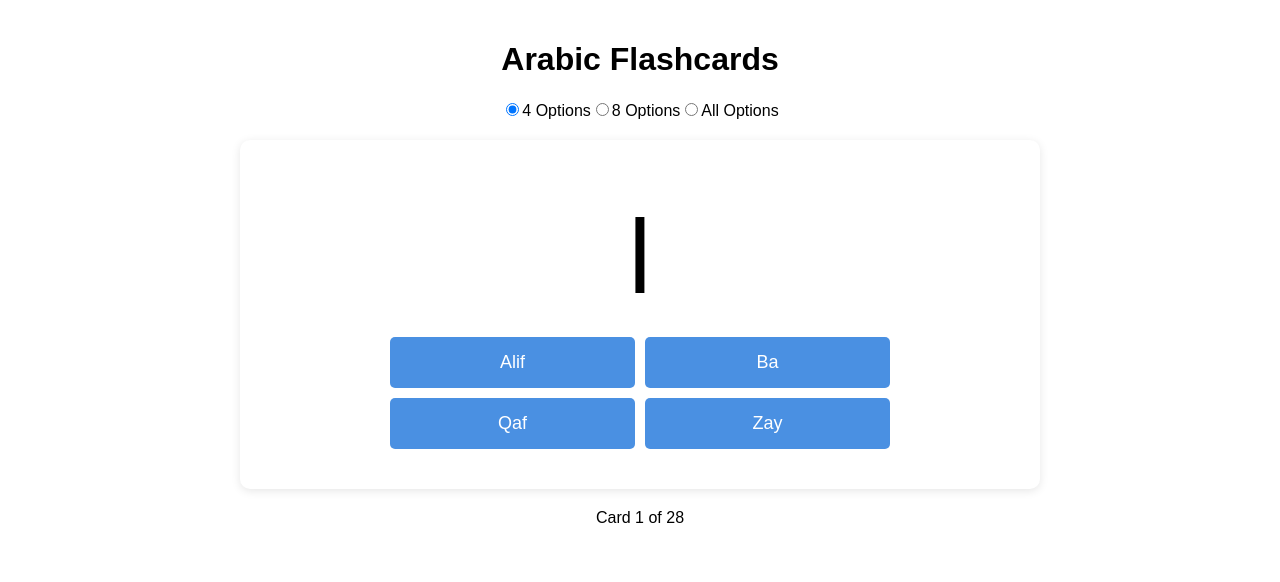
Repository: foolishimp/arabic-flashcards
Page: /
These files come from the project's save history. The page is drawn as it stood at one moment and after the next save; the edit follows.
The browser window is 1280 px wide. The pictures show the whole page.
The project was rebuilt for these pictures with package versions that can differ from the ones it lists, and the page was loaded fresh each time.

Above is the page before, as saved 2024-11-22 23:53:30.

### src/App.js
import React, { useState } from "react";
import "./App.css";

const letters = [
  { arabic: "ا", name: "Alif", sound: "aa" },
  { arabic: "ب", name: "Ba", sound: "b" },
  { arabic: "ت", name: "Ta", sound: "t" },
  { arabic: "ث", name: "Tha", sound: "th" },
  { arabic: "ج", name: "Jeem", sound: "j" },
  { arabic: "ح", name: "Ha", sound: "ḥ" },
  { arabic: "خ", name: "Kha", sound: "kh" },
  { arabic: "د", name: "Dal", sound: "d" },
  { arabic: "ذ", name: "Dhal", sound: "dh" },
  { arabic: "ر", name: "Ra", sound: "r" },
  { arabic: "ز", name: "Zay", sound: "z" },
  { arabic: "س", name: "Seen", sound: "s" },
  { arabic: "ش", name: "Sheen", sound: "sh" },
  { arabic: "ص", name: "Saad", sound: "ṣ" },
  { arabic: "ض", name: "Daad", sound: "ḍ" },
  { arabic: "ط", name: "Taa", sound: "ṭ" },
  { arabic: "ظ", name: "Zaa", sound: "ẓ" },
  { arabic: "ع", name: "Ayn", sound: "ʿ" },
  { arabic: "غ", name: "Ghayn", sound: "gh" },
  { arabic: "ف", name: "Fa", sound: "f" },
  { arabic: "ق", name: "Qaf", sound: "q" },
  { arabic: "ك", name: "Kaf", sound: "k" },
  { arabic: "ل", name: "Lam", sound: "l" },
  { arabic: "م", name: "Meem", sound: "m" },
  { arabic: "ن", name: "Noon", sound: "n" },
  { arabic: "ه", name: "Ha", sound: "h" },
  { arabic: "و", name: "Waw", sound: "w/oo" },
  { arabic: "ي", name: "Ya", sound: "y/ee" },
];

function App() {
  const [currentCardIndex, setCurrentCardIndex] = useState(0);
  const [score, setScore] = useState(0);
  const [showResult, setShowResult] = useState(false);
  const [selectedOption, setSelectedOption] = useState(null);
  const [optionsCount, setOptionsCount] = useState(4);
  const [currentOptions, setCurrentOptions] = useState(getRandomOptions(letters[0].name, 4));

  function getRandomOptions(correctAnswer, count) {
    const options = new Set([correctAnswer]);

    // If count is -1, show all options
    if (count === -1) {
      return letters.map(letter => letter.name);
    }

    while (options.size < count) {
      const randomLetter = letters[Math.floor(Math.random() * letters.length)].name;
      options.add(randomLetter);
    }
    return Array.from(options).sort();
  }

  const handleOptionClick = (option) => {
    if (selectedOption !== null) return;

    setSelectedOption(option);

    if (option === letters[currentCardIndex].name) {
      setScore(score + 1);
    }
  };

  const handleNext = () => {
    if (currentCardIndex + 1 < letters.length) {
      setCurrentCardIndex(currentCardIndex + 1);
      setSelectedOption(null);
      setCurrentOptions(getRandomOptions(letters[currentCardIndex + 1].name, optionsCount));
    } else {
      setShowResult(true);
    }
  };

  const handleOptionsCountChange = (count) => {
    setOptionsCount(count);
    setCurrentOptions(getRandomOptions(letters[currentCardIndex].name, count));
    setSelectedOption(null);
  };

  if (showResult) {
    return (
      <div className="App">
        <div className="result">
          <h1>Flashcards Completed!</h1>
          <p>Your score: {score} / {letters.length}</p>
          <button className="next-button" onClick={() => window.location.reload()}>
            Restart
          </button>
        </div>
      </div>
    );
  }

  return (
    <div className="App">
      <h1>Arabic Flashcards</h1>

      <div className="options-selector">
        <label>
          <input
            type="radio"
            value="4"
            checked={optionsCount === 4}
            onChange={() => handleOptionsCountChange(4)}
          />
          4 Options
        </label>
        <label>
          <input
            type="radio"
            value="8"
            checked={optionsCount === 8}
            onChange={() => handleOptionsCountChange(8)}
          />
          8 Options
        </label>
        <label>
          <input
            type="radio"
            value="-1"
            checked={optionsCount === -1}
            onChange={() => handleOptionsCountChange(-1)}
          />
          All Options
        </label>
      </div>

      <div className="flashcard">
        <div className="arabic-letter">
          {letters[currentCardIndex].arabic}
          {selectedOption && (
            <div className="sound-hint">
              ({letters[currentCardIndex].sound})
            </div>
          )}
        </div>
        <div className={`options ${optionsCount === -1 ? 'all-options' : ''}`}>
          {currentOptions.map((option, index) => (
            <button
              key={index}
              onClick={() => handleOptionClick(option)}
              className={
                selectedOption !== null
                  ? option === letters[currentCardIndex].name
                    ? "correct"
                    : option === selectedOption
                    ? "incorrect"
                    : ""
                  : ""
              }
              disabled={selectedOption !== null}
            >
              {option}
              {selectedOption !== null && option === letters[currentCardIndex].name && (
                <span className="sound-hint-button">
                  ({letters[currentCardIndex].sound})
                </span>
              )}
            </button>
          ))}
        </div>
      </div>
      <div className="progress">
        <p>Card {currentCardIndex + 1} of {letters.length}</p>
        {selectedOption !== null && (
          <button
            className="next-button"
            onClick={handleNext}
          >
            Next
          </button>
        )}
      </div>
    </div>
  );
}

export default App;

### src/App.css
.App {
  text-align: center;
  max-width: 800px;
  margin: 0 auto;
  padding: 20px;
  font-family: Arial, sans-serif;
}

.flashcard {
  background: white;
  border-radius: 10px;
  box-shadow: 0 2px 10px rgba(0, 0, 0, 0.1);
  padding: 40px;
  margin: 20px 0;
}

.arabic-letter {
  font-size: 100px;
  margin: 20px 0;
}

.sound-hint {
  font-size: 24px;
  color: #666;
  margin-top: 10px;
}

.sound-hint-button {
  display: block;
  font-size: 14px;
  color: rgba(255, 255, 255, 0.9);
  margin-top: 5px;
}

.options {
  display: grid;
  grid-template-columns: 1fr 1fr;
  gap: 10px;
  max-width: 500px;
  margin: 0 auto;
}

.options button {
  padding: 15px 20px;
  font-size: 18px;
  border: none;
  border-radius: 5px;
  background-color: #4a90e2;
  color: white;
  cursor: pointer;
  transition: background-color 0.3s ease;
}

.options button:hover {
  background-color: #357abd;
}

.options button.correct {
  background-color: #4caf50;
}

.options button.incorrect {
  background-color: #f44336;
}

.options button:disabled {
  opacity: 0.7;
  cursor: not-allowed;
}

.progress {
  margin-top: 20px;
  font-size: 16px;
}

.next-button {
  margin-top: 20px;
  padding: 10px 20px;
  font-size: 16px;
  background-color: #4a90e2;
  color: white;
  border: none;
  border-radius: 5px;
  cursor: pointer;
}

.next-button:disabled {
  background-color: #cccccc;
  cursor: not-allowed;
}

.result {
  background: white;
  border-radius: 10px;
  box-shadow: 0 2px 10px rgba(0, 0, 0, 0.1);
  padding: 40px;
  margin: 20px 0;
}

Loaded but not shown: public/index.html (common file); src/index.js (common file); src/index.css (common file); src/reportWebVitals.js (common file)

After the next save:
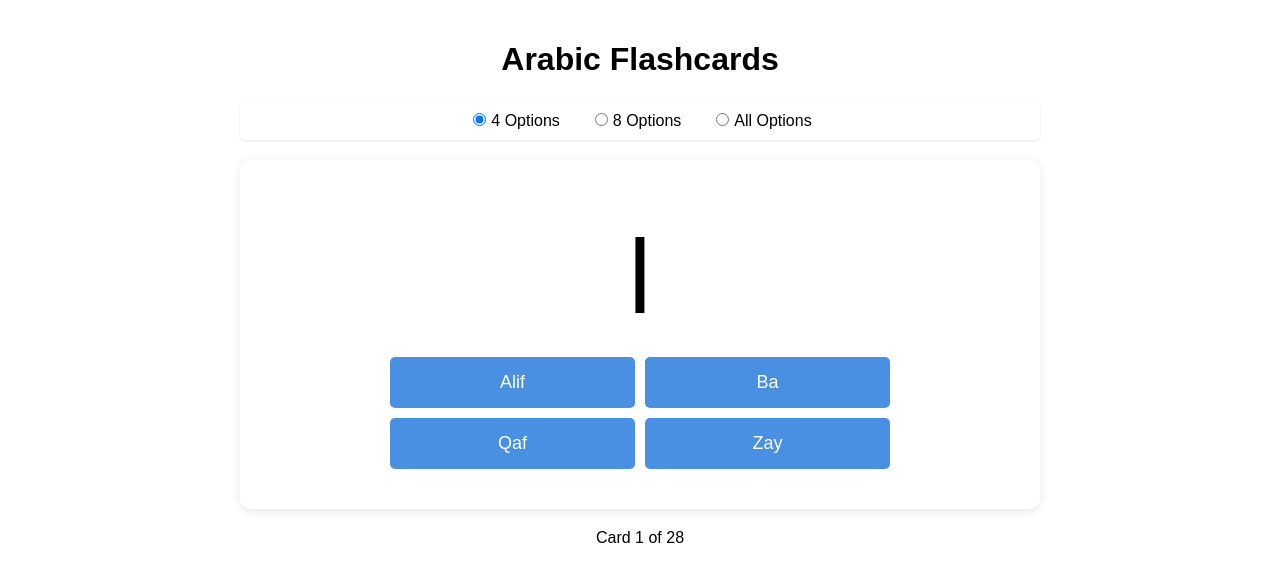
Saved 16 s later.
--- a/src/App.css
+++ b/src/App.css
@@ -4,6 +4,23 @@
   margin: 0 auto;
   padding: 20px;
   font-family: Arial, sans-serif;
+}
+
+.options-selector {
+  margin: 20px 0;
+  padding: 10px;
+  background: white;
+  border-radius: 5px;
+  box-shadow: 0 1px 3px rgba(0, 0, 0, 0.1);
+}
+
+.options-selector label {
+  margin: 0 15px;
+  cursor: pointer;
+}
+
+.options-selector input[type="radio"] {
+  margin-right: 5px;
 }
 
 .flashcard {
@@ -38,6 +55,11 @@
   gap: 10px;
   max-width: 500px;
   margin: 0 auto;
+}
+
+.options.all-options {
+  grid-template-columns: repeat(4, 1fr);
+  max-width: 100%;
 }
 
 .options button {
